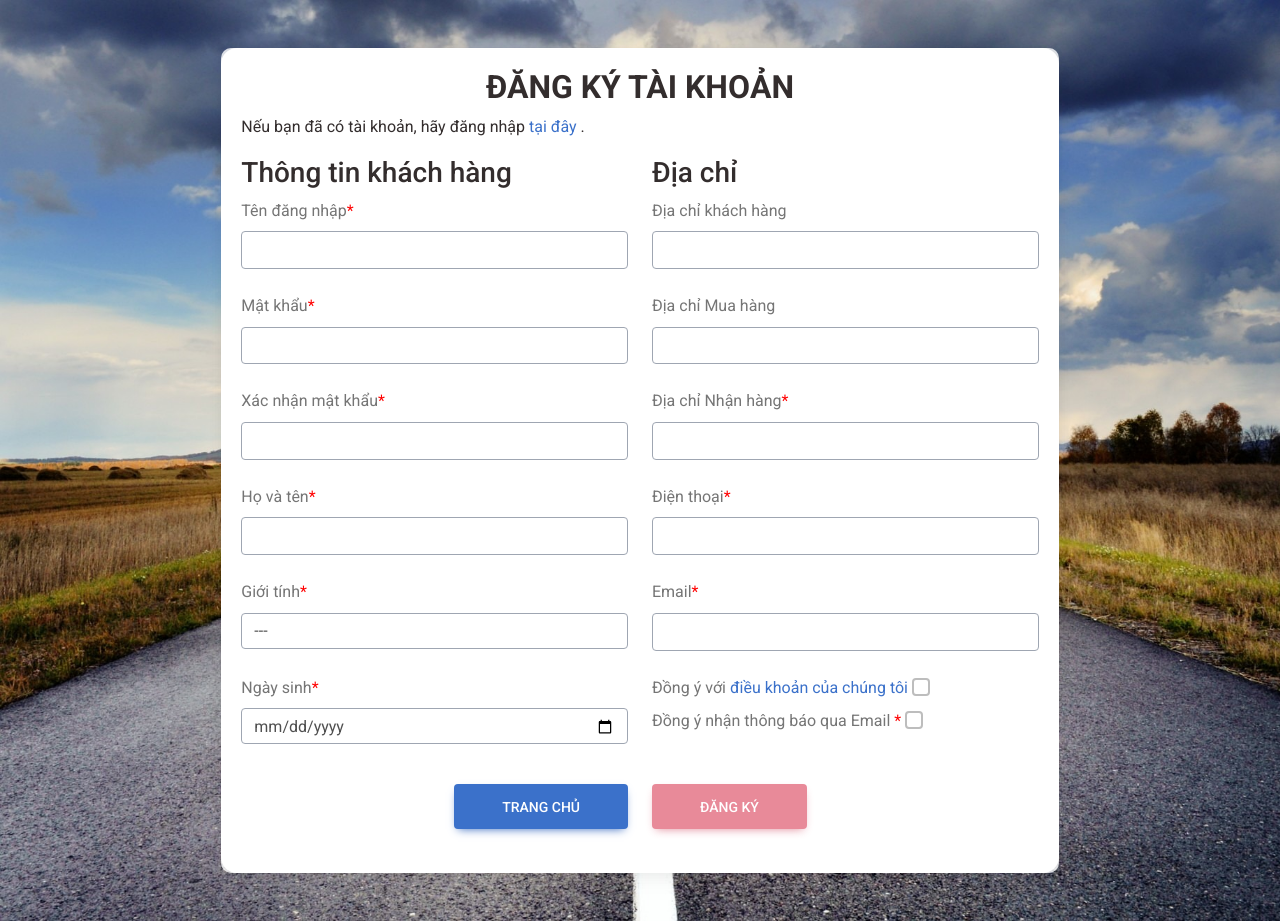
Repository: famtwendev/JSP_workspace
Page: http://localhost/Bai25_Bookstore12_TaoLayoutChoWebsite/KhachHang/dangky.jsp
These files come from the project's save history. The page is drawn as it stood at one moment and after the next save; the edit follows.
The browser window is 1280 px wide. The pictures show the whole page.
The page is served by Tomcat 9. Other server files are loaded and not shown. The template is opened directly, without the code that normally fills it, so the values that code supplies are empty.

Above is the page before, as saved 2024-03-25 17:36:49.
Console error: SyntaxError: Cannot use import statement outside a module

### Bai25_Bookstore12_TaoLayoutChoWebsite/src/main/webapp/KhachHang/dangky.jsp
<%@page import="model.KhachHang"%>
<%@ page language="java" contentType="text/html; charset=UTF-8" pageEncoding="UTF-8"%>
<!DOCTYPE html>
<html>
<head>
<meta charset="UTF-8">
<meta name="viewport" content="width=device-width, initial-scale=1.0" shrink-to-fit=no">
<title>Thay đổi thông tin</title>

<!-- MDB icon -->
<link rel="icon" href="img/mdb-favicon.ico" type="image/x-icon" />
<!-- Font Awesome -->
<link rel="stylesheet"
	href="https://cdnjs.cloudflare.com/ajax/libs/font-awesome/6.0.0/css/all.min.css" />
<!-- Google Fonts Roboto -->
<link rel="stylesheet"
	href="https://fonts.googleapis.com/css2?family=Roboto:wght@300;400;500;700;900&display=swap" />
<%
String url = request.getScheme() + "://" + request.getServerName() + ":" + request.getServerPort()
		+ request.getContextPath();
%>
<!-- MAIN CSS -->
<link rel="stylesheet" href="<%=url%>/css/maincs.css">
<link rel="stylesheet" href="<%=url%>/css/mdb.min.css">

<%
// Thiết lập biến session để xác định rằng trang đã được chuyển hướng từ một trang khác
session.setAttribute("redirectedFromAnotherPage", true);
%>
</head>
<body>
	<%
	Object objKH = session.getAttribute("khachHang");
	KhachHang khachHang = null;
	if (objKH != null)
		khachHang = (KhachHang) objKH;
	if (khachHang != null) {
		response.sendRedirect("./index.jsp"); // Thay "index.jsp" bằng URL của trang chính
	} else {
	%>
	<!-- Section: Design Block -->
	<section>
		<%
		String e_email = request.getAttribute("e_email") + "";
		e_email = (e_email.equals("null")) ? "" : e_email;

		String e_emailFormat = request.getAttribute("e_emailFormat") + "";
		e_emailFormat = (e_emailFormat.equals("null")) ? "" : e_emailFormat;

		String e_tenDangNhap = request.getAttribute("e_tenDangNhap") + "";
		e_tenDangNhap = (e_tenDangNhap.equals("null")) ? "" : e_tenDangNhap;

		String e_matKhau = request.getAttribute("e_matKhau") + "";
		e_matKhau = (e_matKhau.equals("null")) ? "" : e_matKhau;

		String tenDangNhap = request.getAttribute("tenDangNhap") + "";
		tenDangNhap = (tenDangNhap.equals("null")) ? "" : tenDangNhap;

		String hoVaTen = request.getAttribute("hoVaTen") + "";
		hoVaTen = (hoVaTen.equals("null")) ? "" : hoVaTen;

		String gioiTinh = request.getAttribute("gioiTinh") + "";
		gioiTinh = (gioiTinh.equals("null")) ? "" : gioiTinh;

		String ngaySinh = request.getAttribute("ngaySinh") + "";
		ngaySinh = (ngaySinh.equals("null")) ? "" : ngaySinh;

		String diaChiKhachHang = request.getAttribute("diaChiKhachHang") + "";
		diaChiKhachHang = (diaChiKhachHang.equals("null")) ? "" : diaChiKhachHang;

		String diaChiMuaHang = request.getAttribute("diaChiMuaHang") + "";
		diaChiMuaHang = (diaChiMuaHang.equals("null")) ? "" : diaChiMuaHang;

		String diaChiNhanHang = request.getAttribute("diaChiNhanHang") + "";
		diaChiNhanHang = (diaChiNhanHang.equals("null")) ? "" : diaChiNhanHang;

		String dienThoai = request.getAttribute("dienThoai") + "";
		dienThoai = (dienThoai.equals("null")) ? "" : dienThoai;

		String email = request.getAttribute("email") + "";
		email = (email.equals("null")) ? "" : email;

		String dongYNhanEmail = request.getAttribute("dongYNhanEmail") + "";
		dongYNhanEmail = (dongYNhanEmail.equals("null")) ? "" : dongYNhanEmail;
		%>

		<!-- neu block thi dung <div class = "container py-4 vh-100">  -->
		<div class="card-body py-5 h-100">
			<div class="container-fluid d-flex justify-content-center align-items-center">
				<div class="col-12 col-md-8 col-lg-6 col-xl-8">
					<div class="card text-dark" style="border-radius: 1rem;">
						<form id="myForm" class="form needs-validation m-0" action="<%=url%>/khach-hang" method="post">
							<input type="hidden" name="hanhDong" value="dang-ky">
							<h2 class="fw-bold text-center">ĐĂNG KÝ TÀI KHOẢN</h2>
							<!-- 2 column grid layout with text inputs for the first and last names -->
							<p>
								Nếu bạn đã có tài khoản, hãy đăng nhập
								<a href="./dangnhap.jsp">tại đây</a>
								.
							</p>
							<div class="row">
								<div class="col-md-6 mb-4">
									<h3 class="mb-2">Thông tin khách hàng</h3>
									<div class="form-outline">
										<label for="tenDangNhap" class="form-label">Tên đăng nhập<span
											class="red">* <%=e_tenDangNhap%></span></label>
										<input type="text" class="form-control border border-secondary" id="tenDangNhap"
											name="tenDangNhap" required="required" value="<%=tenDangNhap%>">
									</div>
								</div>

								<div class="col-md-6 mb-4">
									<h3 class="mb-2">Địa chỉ</h3>
									<div class="form-outline">
										<label for="diaChiKhachHang" class="form-label">Địa chỉ khách hàng</label>
										<input type="text" class="form-control border border-secondary"
											id="diaChiKhachHang" name="diaChiKhachHang" value="<%=diaChiKhachHang%>">
									</div>
								</div>
							</div>


							<div class="row">
								<div class="col-md-6 mb-4">
									<div class="form-outline">
										<label for="matKhau" class="form-label">Mật khẩu<span class="red">* <%=e_matKhau%></span></label>
										<input type="password" class="form-control border border-secondary" id="matKhau"
											name="matKhau" required="required" onkeyup="kiemTraMatKhau()">
									</div>
								</div>
								<div class="col-md-6 mb-4">
									<div class="form-outline">
										<label for="diaChiMuaHang" class="form-label">Địa chỉ Mua hàng</label>
										<input type="text" class="form-control border border-secondary"
											id="diaChiMuaHang" name="diaChiMuaHang" value="<%=diaChiMuaHang%>">
									</div>
								</div>
							</div>


							<div class="row">
								<div class="col-md-6 mb-4">
									<div class="form-outline">
										<label for="matKhauNhapLai" class="form-label">Xác nhận mật khẩu<span
											class="red">*</span><span class="red" id="msg"></span>
										</label>
										<input type="password" class="form-control border border-secondary"
											id="matKhauNhapLai" name="matKhauNhapLai" required="required"
											onkeyup="kiemTraMatKhau()">
									</div>
								</div>
								<div class="col-md-6 mb-4">
									<div class="form-outline">
										<label for="diaChiNhanHang" class="form-label">Địa chỉ Nhận hàng<span
											class="red">*</span>
										</label>
										<input type="text" class="form-control border border-secondary"
											id="diaChiNhanHang" name="diaChiNhanHang" value="<%=diaChiNhanHang%>">
									</div>
								</div>
							</div>

							<div class="row">
								<div class="col-md-6 mb-4">
									<div class="form-outline">
										<label for="hoVaTen" class="form-label">Họ và tên<span class="red">*</span></label>
										<input type="text" class="form-control border border-secondary" id="hoVaTen"
											name="hoVaTen" value="<%=hoVaTen%>" required="required">
									</div>
								</div>
								<div class="col-md-6 mb-4">
									<div class="form-outline">
										<label for="dienThoai" class="form-label">Điện thoại<span class="red">*</span></label>
										<input type="tel" class="form-control border border-secondary" id="dienThoai"
											name="dienThoai" value="<%=dienThoai%>">
									</div>
								</div>
							</div>
							<div class="row">
								<div class="col-md-6 mb-4">
									<label for="gioiTinh" class="form-label">Giới tính<span class="red">*</span></label>
									<select class="form-control border border-secondary" id="gioiTinh"
										name="gioiTinh" required="required">
										<option selected disabled hidden>---</option>
										<option value="Nam" <%=(gioiTinh.equals("Nam")) ? "selected='selected'" : ""%>>Nam</option>
										<option value="Nữ" <%=(gioiTinh.equals("Nữ")) ? "selected='selected'" : ""%>>Nữ</option>
										<option value="Khác" <%=(gioiTinh.equals("Khác")) ? "selected='selected'" : ""%>>Khác</option>
									</select>
								</div>
								<div class="col-md-6 mb-4">
									<div class="form-outline">
										<label for="email" class="form-label">Email<span class="red">* <%=e_email%>
												<%=e_emailFormat%></span></label>
										<input type="email" class="form-control border border-secondary" id="email"
											name="email" value="<%=email%>">
									</div>
								</div>
							</div>
							<div class="row">
								<div class="col-md-6 mb-4">
									<label for="ngaySinh" class="form-label">Ngày sinh<span class="red">*</span></label>
									<input type="date" class="form-control border border-secondary" id="ngaySinh"
										name="ngaySinh" value="<%=ngaySinh%>" required="required">
								</div>
								<div class="col-md-6 mb-4">
									<div>
										<label for="dongYDieuKhoan" class="form-label">Đồng ý với <a href="#">điều
												khoản của chúng tôi </a>
										</label>
										<input type="checkbox" class="form-check-input" id="dongYDieuKhoan"
											name="dongYDieuKhoan">
									</div>

									<div>
										<label for="dongYNhanEmail" class="form-label">Đồng ý nhận thông báo qua
											Email <span class="red">*</span>
										</label>
										<input type="checkbox" class="form-check-input" id="dongYNhanEmail"
											name="dongYNhanEmail" <%=(dongYNhanEmail.equals("1")) ? "checked" : ""%>>
									</div>
								</div>
							</div>
							<div class="row justify-content-center align-items-center">
								<div class="col-md-6 mb-4" style="text-align: right;">
									<!-- Nút button về trang chủ -->
									<a href="../index.jsp" class="btn btn-primary btn-lg px-5 mt-3"> Trang chủ </a>
								</div>
								<!-- Sử dụng lưới bootstrap -->
								<div class="col-md-6 mb-4">
									<input class="btn btn-danger btn-lg px-5 mt-3" type="submit" value="Đăng ký"
										name="submit" id="submit" disabled>
								</div>
							</div>

						</form>
					</div>
				</div>
			</div>
		</div>
	</section>

	<!-- function js -->
	<script src="<%=url%>/js/mainjs.js"></script>

	<!-- MDB -->
	<script type="text/javascript" src="<%=url%>/js/mdb.umd.min.js"></script>
	<script type="text/javascript">// Initialization for ES Users
    import { Input, initMDB } from "mdb-ui-kit";
    initMDB({ Input });
</script>
	<%
	}
	%>
	<!-- Section: Design Block -->
	<!-- <script>
	function kiemTraMatKhau() {
		matKhau = document.getElementById("matKhau").value;
		matKhauNhapLai = document.getElementById("matKhauNhapLai").value;
		if (matKhau != matKhauNhapLai) {
			document.getElementById("msg").textContent = "  Mật khẩu không khớp!";
			return false;
		} else {
			document.getElementById("msg").textContent = "";
			return true;
		}
	}
</script>  -->
</body>
</html>

### Bai25_Bookstore12_TaoLayoutChoWebsite/src/main/webapp/css/maincs.css
@charset "UTF-8";
body {
	margin: 0;
	padding: 0;
	background-image: url(../img/background.jpg);
	/* Đường dẫn đến hình nền */
	background-size: cover;
}

.red {
	color: red;
}

form {
	background-color: rgba(255, 255, 255, 0.8); /* Màu nền trong suốt */
	margin-top: 5rem;
	padding: 20px;
	border-radius: 10px;
}

### Bai25_Bookstore12_TaoLayoutChoWebsite/src/main/webapp/js/mainjs.js
/**
 *
 */

// Gọi hàm kiểm tra dữ liệu khi tài liệu được tải hoàn toàn
document.addEventListener('DOMContentLoaded', function() {
    kiemTraDuLieu(); // Gọi hàm kiểm tra dữ liệu khi tài liệu được tải hoàn toàn

    // Gán sự kiện cho các phần tử HTML
    document.getElementById('tenDangNhap').addEventListener('keyup', kiemTraDuLieu);
    document.getElementById('matKhau').addEventListener('keyup', kiemTraDuLieu);
    document.getElementById('matKhauNhapLai').addEventListener('keyup', kiemTraDuLieu);
    document.getElementById('hoVaTen').addEventListener('keyup', kiemTraDuLieu);
    document.getElementById('gioiTinh').addEventListener('change', kiemTraDuLieu);
    document.getElementById('ngaySinh').addEventListener('change', kiemTraDuLieu);
    document.getElementById('diaChiNhanHang').addEventListener('keyup', kiemTraDuLieu);
    document.getElementById('dienThoai').addEventListener('keyup', kiemTraDuLieu);
    document.getElementById('email').addEventListener('keyup', kiemTraDuLieu);
    document.getElementById('dongYDieuKhoan').addEventListener('change', kiemTraDuLieu);
});

// Hàm kiểm tra dữ liệu
function kiemTraDuLieu() {
    // Kiểm tra dữ liệu và điều chỉnh thuộc tính disabled cho nút submit
    var tenDangNhap = document.getElementById('tenDangNhap').value;
    var matKhau = document.getElementById('matKhau').value;
    var matKhauNhapLai = document.getElementById('matKhauNhapLai').value;
    var hoVaTen = document.getElementById('hoVaTen').value;
    var gioiTinh = document.getElementById('gioiTinh').value;
    var ngaySinh = document.getElementById('ngaySinh').value;
    var diaChiNhanHang = document.getElementById('diaChiNhanHang').value;
    var dienThoai = document.getElementById('dienThoai').value;
    var email = document.getElementById('email').value;
    var dongYDieuKhoan = document.getElementById('dongYDieuKhoan').checked;


    if (tenDangNhap.trim() !== '' && matKhau.trim() !== '' && matKhauNhapLai.trim() !== '' &&
        hoVaTen.trim() !== '' && gioiTinh.trim() !== '' && ngaySinh.trim() !== '' &&
        diaChiNhanHang.trim() !== '' && dienThoai.trim() !== '' && email.trim() !== '' &&
        dongYDieuKhoan && kiemTraMatKhau()) {
        document.getElementById('submit').removeAttribute('disabled');
    } else {
        document.getElementById('submit').setAttribute('disabled', 'disabled');
    }
}


function kiemTraMatKhau() {
	matKhau = document.getElementById("matKhau").value;
	matKhauNhapLai = document.getElementById("matKhauNhapLai").value;
	if (matKhau != matKhauNhapLai) {
		document.getElementById("msg").textContent = "  Mật khẩu không khớp!";
		return false;
	} else {
		document.getElementById("msg").textContent = "";
		return true;
	}
}

Loaded but not shown: Bai25_Bookstore12_TaoLayoutChoWebsite/src/main/webapp/css/mdb.min.css (library); Bai25_Bookstore12_TaoLayoutChoWebsite/src/main/webapp/js/mdb.umd.min.js (library)

After the next save:
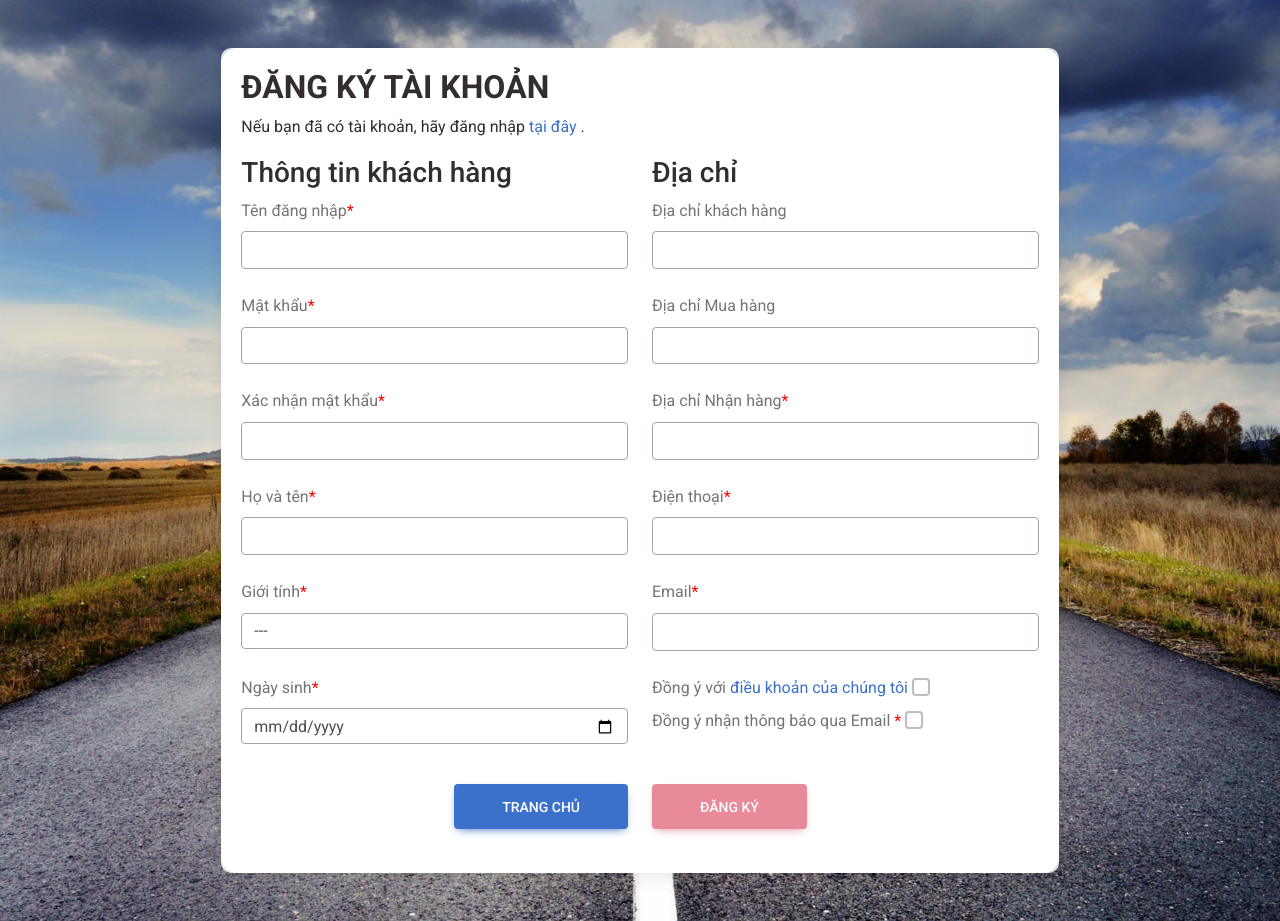
Saved 13 s later.
--- a/Bai25_Bookstore12_TaoLayoutChoWebsite/src/main/webapp/KhachHang/dangky.jsp
+++ b/Bai25_Bookstore12_TaoLayoutChoWebsite/src/main/webapp/KhachHang/dangky.jsp
@@ -91,7 +91,7 @@
 					<div class="card text-dark" style="border-radius: 1rem;">
 						<form id="myForm" class="form needs-validation m-0" action="<%=url%>/khach-hang" method="post">
 							<input type="hidden" name="hanhDong" value="dang-ky">
-							<h2 class="fw-bold text-center">ĐĂNG KÝ TÀI KHOẢN</h2>
+							<h2 class="fw-bold justify-content-center align-items-center">ĐĂNG KÝ TÀI KHOẢN</h2>
 							<!-- 2 column grid layout with text inputs for the first and last names -->
 							<p>
 								Nếu bạn đã có tài khoản, hãy đăng nhập

After the 6 saves that followed:
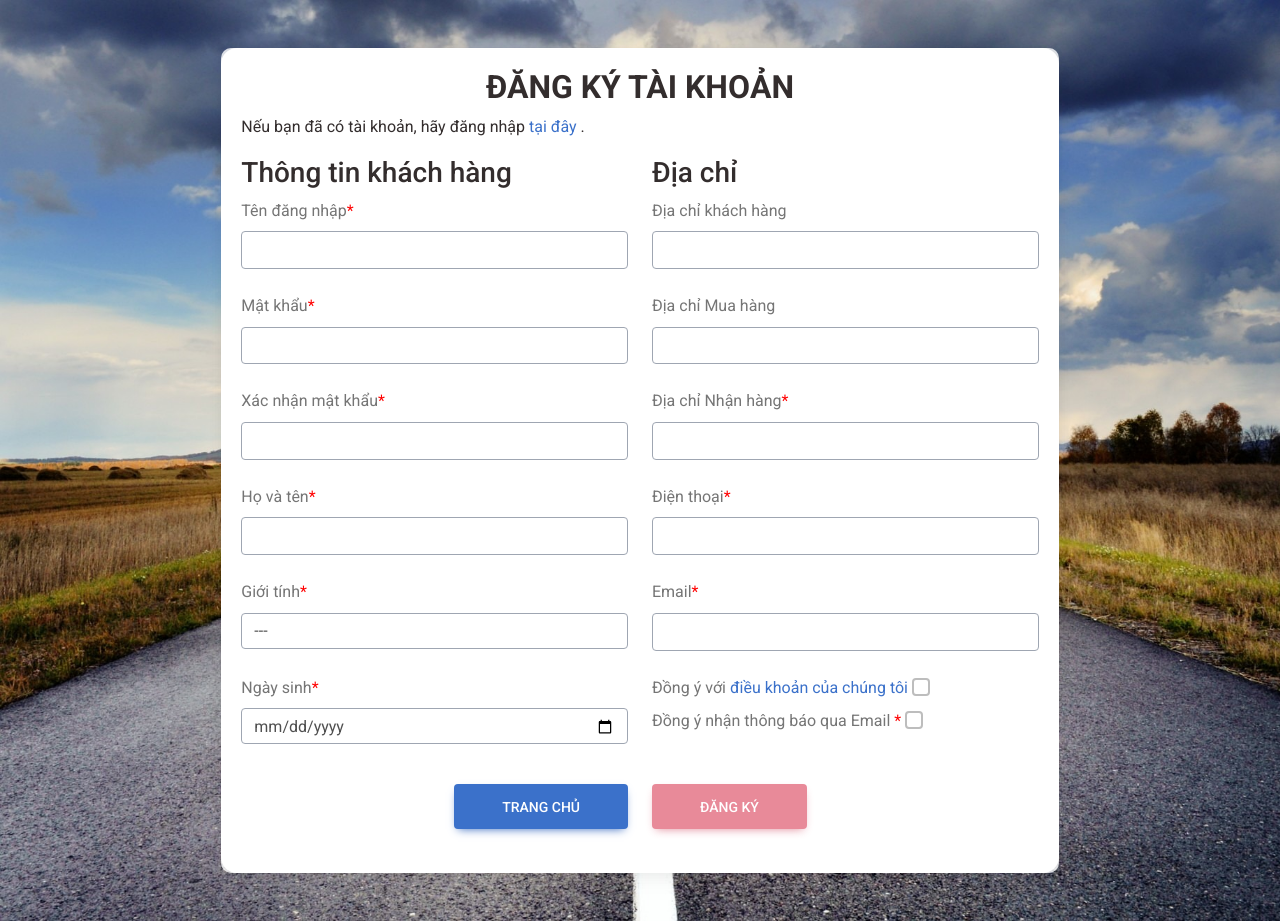
The 6 saves are shown as one change because 5 left the picture as it was.
The last was saved 81 s later.
--- a/Bai25_Bookstore12_TaoLayoutChoWebsite/src/main/webapp/KhachHang/dangky.jsp
+++ b/Bai25_Bookstore12_TaoLayoutChoWebsite/src/main/webapp/KhachHang/dangky.jsp
@@ -91,7 +91,7 @@
 					<div class="card text-dark" style="border-radius: 1rem;">
 						<form id="myForm" class="form needs-validation m-0" action="<%=url%>/khach-hang" method="post">
 							<input type="hidden" name="hanhDong" value="dang-ky">
-							<h2 class="fw-bold justify-content-center align-items-center">ĐĂNG KÝ TÀI KHOẢN</h2>
+							<h2 class="fw-bold text-center">ĐĂNG KÝ TÀI KHOẢN</h2>
 							<!-- 2 column grid layout with text inputs for the first and last names -->
 							<p>
 								Nếu bạn đã có tài khoản, hãy đăng nhập
